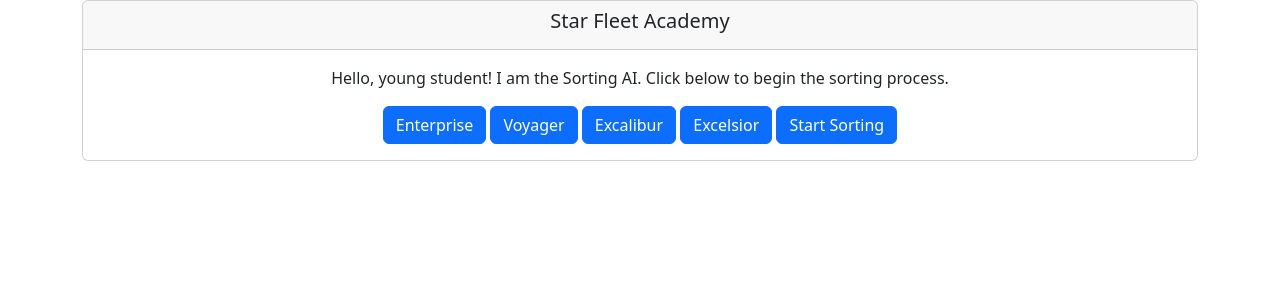
Repository: PaulPatterson48/ASSIGNMENT-StarFleet_academy
Page: index.html
An editor plug-in stored every save of this project. The page is shown before and after the next save, followed by the edit.
The browser window is 1280 px wide. The pictures show the whole page.

Above is the page before, as saved 2023-08-05 02:13:46.
Console error: TypeError: Cannot read properties of null (reading 'addEventListener')

After the next save:
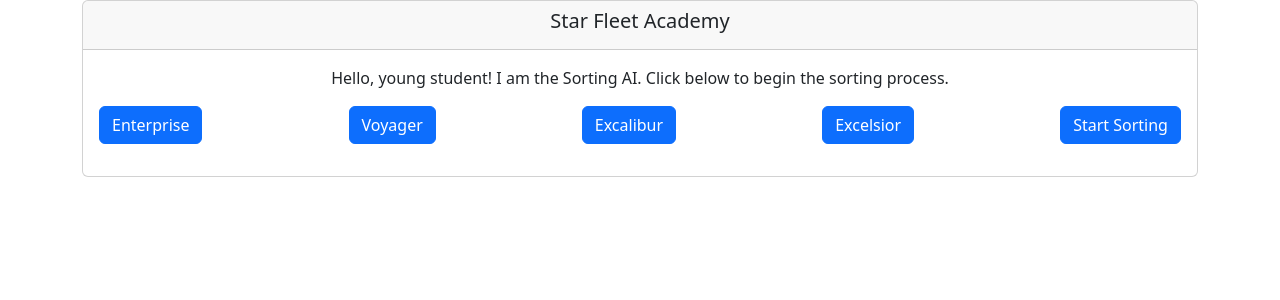
Saved 3 min 52 s later.
--- a/index.html
+++ b/index.html
@@ -15,11 +15,13 @@
       </div>
       <div class="card-body">
         <p>Hello, young student! I am the Sorting AI. Click below to begin the sorting process.</p>
+        <div id="btnRow" class="d-flex justify-content-between mb-3 btnRow">
         <button id="enterpriseBtn" type="submit" class="btn btn-primary">Enterprise</button>
         <button id="voyagerBtn" type="submit" class="btn btn-primary">Voyager</button>
         <button id="excaliburBtn" type="submit" class="btn btn-primary">Excalibur</button>
         <button id="excelsiorBtn" type="submit" class="btn btn-primary">Excelsior</button>
         <button id="startSortingBtn" class="btn btn-primary">Start Sorting</button>
+      </div>
       </div>
     </div>
 
